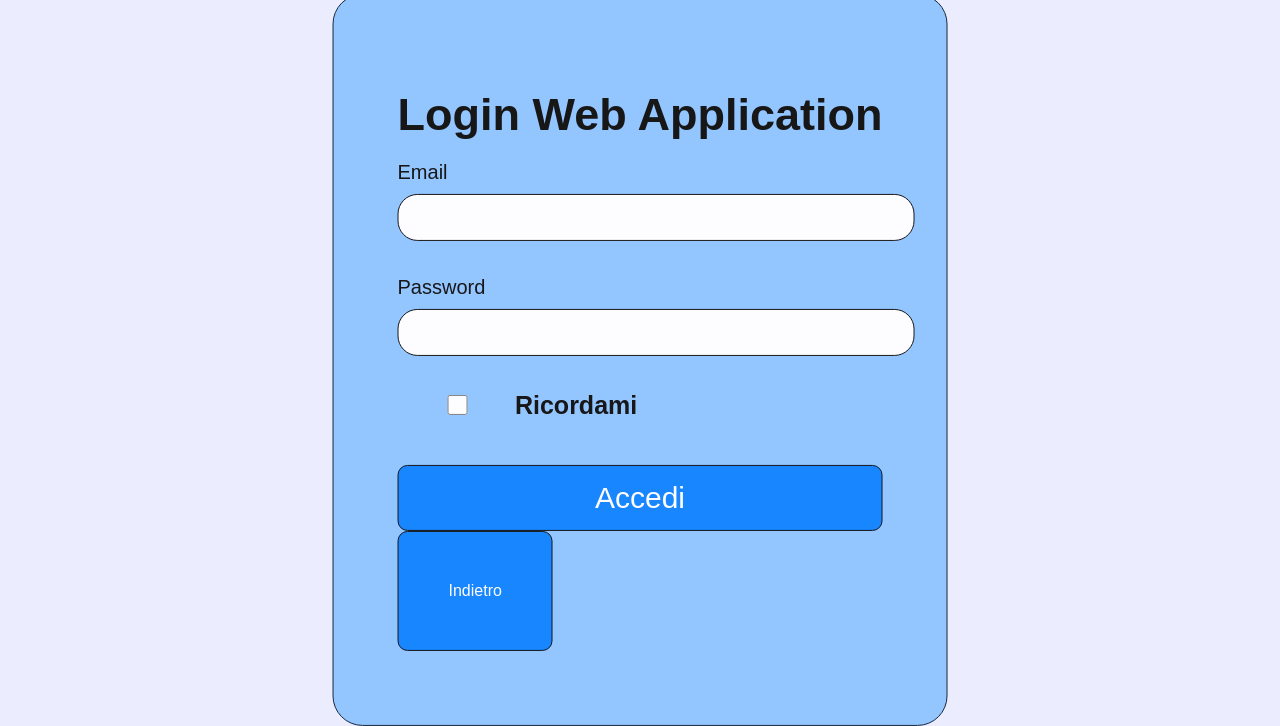
Repository: GabrielCellammare/WebApplication-SA-CyberSecurity
Page: http://localhost/WebProject-CellammareGabriel_ApplicationSecurity_/login.jsp
The author's editor kept a copy of each file at every save. The page is drawn from the files as they stood at one save, then again after the next save.
The browser window is 1280 px wide. The pictures show the whole page.
The page is served by Tomcat 9. Nobody is signed in. The application's start-up code is not run.

Above is the page before, as saved 2024-03-09 07:46:20.

After the next save:
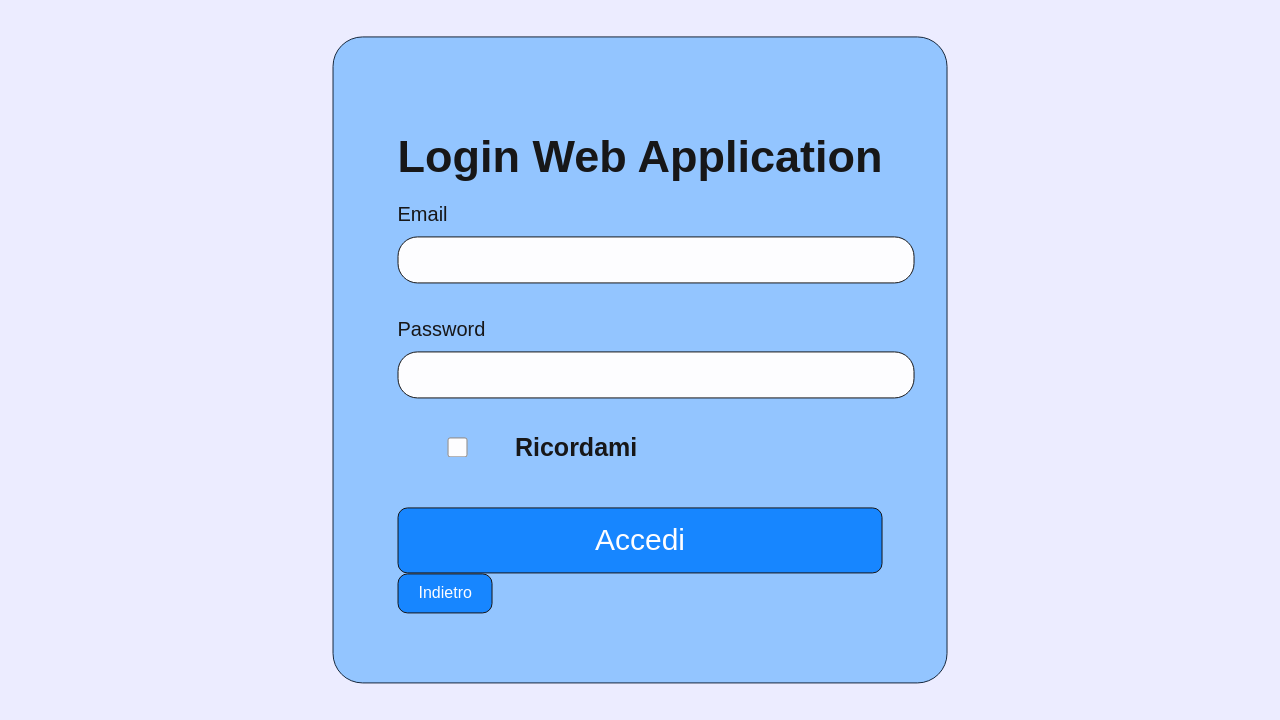
Saved 17 s later.
--- a/WebProject-CellammareGabriel(ApplicationSecurity)/WebContent/WEB-INF/css/styleLogin.css
+++ b/WebProject-CellammareGabriel(ApplicationSecurity)/WebContent/WEB-INF/css/styleLogin.css
@@ -76,8 +76,8 @@ input[type="checkbox"] {
 
 .btn {
   display: inline-block;
-  padding: 50px;
-  margin-bottom: 10px;
+  padding: 10px 20px;
+  margin-bottom: 5px;
   background-color: #007bff;
   color: #fff;
   border: 1px solid black;
